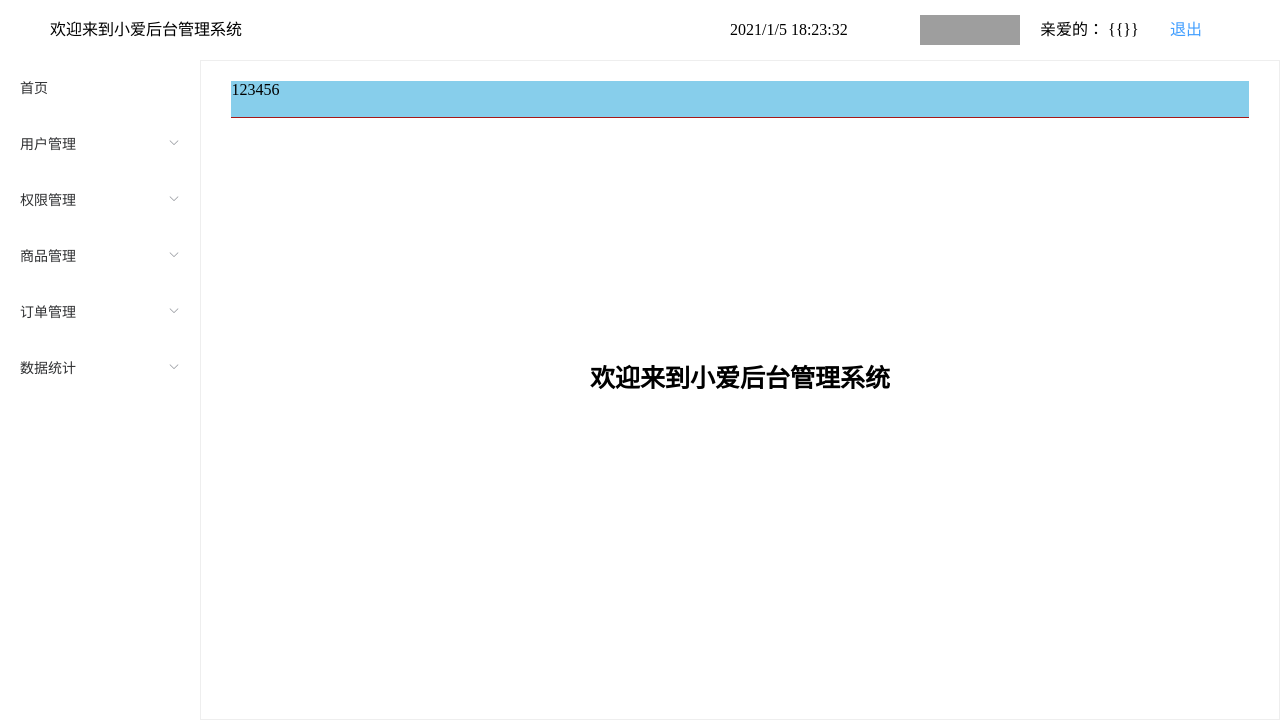
Repository: heyegang/vuex
Page: /
These files come from the project's save history. The page is drawn as it stood at one moment and after the next save; the edit follows.
The browser window is 1280 px wide. The pictures show the whole page.
Pictures or frames that could not be fetched are drawn as grey boxes. The project was rebuilt for these pictures with package versions that can differ from the ones it lists, and the page was loaded fresh each time. Also part of the build but not shown: vue.config.js.

Above is the page before, as saved 2021-01-06 15:54:09.

### src/main.js
import Vue from "vue";
import App from "./App.vue";
import router from "./router";
import store from "./store";
import ElementUI from "element-ui";
import "element-ui/lib/theme-chalk/index.css"

Vue.use(ElementUI)
Vue.config.productionTip = false;

new Vue({
  router,
  store,
  render: h => h(App)
}).$mount("#app");

### src/App.vue
<template>
  <div id="app">
    <router-view />
  </div>
</template>

<style lang="scss">
*{
  margin: 0;
  padding: 0;
}
html,body,#app{
  height: 100%;
}
</style>

### src/router/index.js
import Vue from "vue";
import VueRouter from "vue-router";
import Home from "../views/Home.vue";
import Layout from "../views/layout/Layout.vue";

Vue.use(VueRouter);

const routes = [{
   path:"",
  component:Layout,
  children:[{
    path: "/",
    name: "Home",
    component: Home
  },

  ]},
  {
    path: "/login",
    name: "login",
    component: () => import('../views/login/Login.vue')
  },
];

const router = new VueRouter({
  mode: "history",
  base: process.env.BASE_URL,
  routes
});

export default router;

### src/store/index.js
import Vue from "vue";
import Vuex from "vuex";
import user from "./user"

Vue.use(Vuex);

export default new Vuex.Store({
  state: {
    // 存放数据
  },
  mutations: {
    // 同步修改state
  },
  actions: {},
  modules: {
    // 代表模块
    user
  }
});

### src/views/Home.vue
<template>
  <div class="home">
    <div class="hello">
      欢迎来到小爱后台管理系统
    </div>
  </div>
</template>

<script>
export default {
  name: "",
  props: {},
  data() {
    return {};
  },
  components: {},
  methods: {},
  mounted() {},
  computed: {},
  watch: {}
};
</script>

<style lang='scss' scoped>
.hello {
  width: 300px;
  font-size: 25px;
  font-weight: bold;
  margin: 0 auto;
  position: relative;
  top: 240px;
}
</style>

### src/views/layout/Layout.vue
<template>
  <div>
    <el-container>
      <el-header>
        <nav-header></nav-header>
      </el-header>
      <el-container>
        <el-aside width="200px">
          <nav-sidebar></nav-sidebar>
        </el-aside>
        <el-main>
          <nav-label></nav-label>
          <router-view></router-view>
        </el-main>
      </el-container>
    </el-container>
  </div>
</template>

<script>
import NavHeader from "../../components/navheader/NavHeader";
import NavSidebar from "../../components/navsidebar/NavSidebar";
import NavLabel from "../../components/navlabel/NavLabel"
export default {
  name: "",
  props: {},
  data() {
    return {};
  },
  components: {
    NavHeader,
    NavSidebar,
    NavLabel,
  },
  methods: {},
  mounted() {},
  computed: {},
  watch: {}
};
</script>

<style lang='scss' scoped>
.el-header,
.el-footer {
  line-height: 60px;
}

.el-aside {
  position: fixed;
  top: 60px;
  bottom: 0;
  background-color: gray;
}

.el-main {
  position: fixed;
  bottom: 0;
  right: 0;
  top: 60px;
  left: 200px;
  border: 1px solid #eeeeee;
}

body > .el-container {
  margin-bottom: 40px;
}

.el-container:nth-child(5) .el-aside,
.el-container:nth-child(6) .el-aside {
  line-height: 260px;
}

.el-container:nth-child(7) .el-aside {
  line-height: 320px;
}
</style>

### src/store/user.js
import { Message } from "element-ui";
import api from '../http/api';
import router from '../router'

export default {
    namespaced:true,
    // 开启命名空间

    state: {
        // 存放数据
        users:[]
      },
      mutations: {
        // 同步修改state
        setUsers(state,data){
            state.user = data
        }
      },
      actions: {
        //   发请求
        // 所有的方法
        // 登录 每一个action的方法都有两个参数 第一个是store 第二个是请求的参数
        // store可以解构为commit dispatch(提交另外一个action)
        async login(_,params){
            let res = await api.login(params)
            if(res.meta.status === 200){
                // 请求成功 存用户 跳转路由 提示用户
                localStorage.setItem('user', JSON.stringify(res.data))
                localStorage.setItem('token', res.data.token)
                Message.success('登录成功')
                router.push('/')
            } else {
                Message.error(res.meta.msg)
            }
        },
        async getUsers({commit},params){
            let res = await api.getUsers(params)
            if(res.meta.status === 200) {
                commit('setUsers',res.data)
            }else {
                Message.error(res.meta.msg)
            }
        }
      },
}

### src/components/navheader/NavHeader.vue
<template>
  <div class="top">
      <div style="margin-left:30px;">
          欢迎来到小爱后台管理系统
      </div>
      <div class="box">
          {{times}}
      </div>
      <div class="weather">
          <div class="weather"><iframe scrolling="no" src="https://tianqiapi.com/api.php?style=yd&skin=pitaya" frameborder="0" width="100%" height="30" allowtransparency="true"></iframe></div>
    <!--获取天气-->
      </div>
      <div class="hello">
          亲爱的： {{}}
      </div>
      <div class="esc">
          退出
      </div>
  </div>
</template>

<script>
export default {
  name: '',
  props:{},
  data () {
    return {
      times:'',//格式化之后的当前时间
      currentTime: new Date() //当前时间
    }
  },
  components: {},
  methods: {
    getTimes(){
      setInterval(this.getTimesInterval, 1000);
    },
    getTimesInterval:function() {
      let _this = this;
      let year = new Date().getFullYear(); //获取当前时间的年份
      let month = new Date().getMonth() + 1; //获取当前时间的月份
      let day = new Date().getDate(); //获取当前时间的天数
      let hours = new Date().getHours(); //获取当前时间的小时
      let minutes = new Date().getMinutes(); //获取当前时间的分数
      let seconds = new Date().getSeconds(); //获取当前时间的秒数
      let hello = "";
      //当小于 10 的是时候，在前面加 0
      if (hours < 10) {
        hours = "0" + hours;
      }
      if (minutes < 10) {
        minutes = "0" + minutes;
      }
      if (seconds < 10) {
        seconds = "0" + seconds;
      }
      //一天中的时间
      if (hours > 6 && hours <13){
          hello = "上午";
      }
      if (hours > 13 && hours <18){
          hello = "下午";
      }
      if (hours > 18 && hours <24){
          hello = "晚上";
      }
      if (hours >0 && hours < 6){
          hello = "凌晨";
      }
      //拼接格式化当前时间
      _this.times = year + "/" + month + "/" + day + " " +hello+ hours + ":" + minutes + ":" + seconds;
    },
  },
  mounted() {
    this.getTimes()
  },
  computed: {},
  watch: {},
}
</script>

<style lang='scss' scoped>
.top{
    display: flex;
    position: relative;
    line-height: 60px;
}
.box{
    width: 180px;
    position: absolute;
    right: 350px;
    color: black;
}
.weather{
    width: 100px;
    position: absolute;
    right: 120px;
    top: 5px;
}
.hello{
    width: 100px;
    position: absolute;
    right: 120px;
}
.esc{
    width: 60px;
    position: absolute;
    right: 30px;
    color: #409EFF;
}
</style>

### src/components/navsidebar/NavSidebar.vue
<template>
  <div>
   <el-row class="tac" style="width: 200px;">
  <el-col :span="12">
    <el-menu
      default-active="2"
      class="el-menu-vertical-demo"
      @open="handleOpen"
      @close="handleClose">
      <el-menu-item index="1">

        <span slot="title">首页</span>
      </el-menu-item>
      <el-submenu index="2">
        <template slot="title">

          <span>用户管理</span>
        </template>
        <el-menu-item-group>
          <el-menu-item index="2-1">用户列表</el-menu-item>
        </el-menu-item-group>
      </el-submenu>

      <el-submenu index="3">
        <template slot="title">

          <span>权限管理</span>
        </template>
        <el-menu-item-group>
          <el-menu-item index="3-1">角色列表</el-menu-item>
          <el-menu-item index="3-2">权限列表</el-menu-item>
        </el-menu-item-group>
      </el-submenu>

      <el-submenu index="4">
        <template slot="title">

          <span>商品管理</span>
        </template>
        <el-menu-item-group>
          <el-menu-item index="4-1">商品列表</el-menu-item>
          <el-menu-item index="4-2">分类参数</el-menu-item>
          <el-menu-item index="4-3">商品分类</el-menu-item>
        </el-menu-item-group>
      </el-submenu>

      <el-submenu index="5">
        <template slot="title">

          <span>订单管理</span>
        </template>
        <el-menu-item-group>
          <el-menu-item index="5-1">订单列表</el-menu-item>
        </el-menu-item-group>
      </el-submenu>

      <el-submenu index="6">
        <template slot="title">

          <span>数据统计</span>
        </template>
        <el-menu-item-group>
          <el-menu-item index="6-1">数据报表</el-menu-item>
        </el-menu-item-group>
      </el-submenu>
    </el-menu>
  </el-col>
  </el-row>
  </div>
</template>

<script>
export default {
  name: '',
  props:{},
  data () {
    return {

    }
  },
  components: {},
  methods: {
       handleOpen(key, keyPath) {
        console.log(key, keyPath);
      },
      handleClose(key, keyPath) {
        console.log(key, keyPath);
      }
  },
  mounted() {},
  computed: {},
  watch: {}
}
</script>

<style lang='scss' scoped>
// .tac{
//     width: 200px;
// }
.el-menu-vertical-demo{
    width: 200px;
    position: fixed;
    left: 0;
    bottom: 0;
    top: 60px;

}
</style>

### src/components/navlabel/NavLabel.vue
<template>
  <div class="LabelBox">
    123456
  </div>
</template>

<script>
export default {
  name: '',
  props:{},
  data () {
    return {
    }
  },
  components: {},
  methods: {},
  mounted() {},
  computed: {},
  watch: {}
}
</script>

<style lang='scss' scoped>
.LabelBox{
  width: 98%;
  height: 36px;
  border-bottom: 1px solid rgb(167, 24, 24);
  margin-left: 1%;
  background-color: skyblue;

}
</style>

### src/http/api.js
import http from './index'

export default{
     login({username,password}){
        return http.post('/login',{
            username,
            password
        })
     },
     getUsers({pagenum,pagesize,query}){
         if(query){
             return http.get(`/users?pagenum=${pagenum}&pagesize=${pagesize}&query=${query}`)
         } else {
             return http.get(`/users?pagenum=${pagenum}&pagesize=${pagesize}`)
         }

     },
}

### src/http/index.js
import axios from 'axios'
import nprogress from 'nprogress'
import 'nprogress/nprogress.css'
import {Message} from 'element-ui'

// 需要区分当前环境是开发环境(development)还是生产环境(production)
let isPro = process.env.NODE_ENV === 'productin'

const http = axios.create({
    baseURL: isPro ? '线上接口路径':'/api',
    timeout:10000
})

// 请求拦截
http.interceptors.request.use(config =>{
    nprogress.start()
    // 配置token token是鉴权的一种方式
    // 在登陆成功后 会返回当前用户的token 存在本地
    // 可用（百度：js加密插件）加密插件加密token
    let token = localStorage.getItem('token')
    // 账号密码和token分开存
    if(token){
        config.headers.Authorization = token
    }
    return config
},err =>{
    nprogress.done()
    return Promise.reject(err)
})

// 响应拦截
http.interceptors.response.use(res => {
    nprogress.done()
    return res.data
},err => {

    // 请求失败
    let status = err.response && err.response.status
    // 状态码
    if (status === 400) {
        Message.error('参数错误')
    }
    if (status === 401) {
        Message.error('没有权限')
    }
    if (status === 403) {
        Message.error('登录过期')
    }
    if (status === 404) {
        Message.error('路径错误')
    }
    if (status === 500) {
        Message.error('服务器错误')
    }
    if (status === 403) {
        Message.error('服务器在维护')
    }
    return Promise.reject(err)
})


export default http

Loaded but not shown: public/index.html (common file)

After the next save:
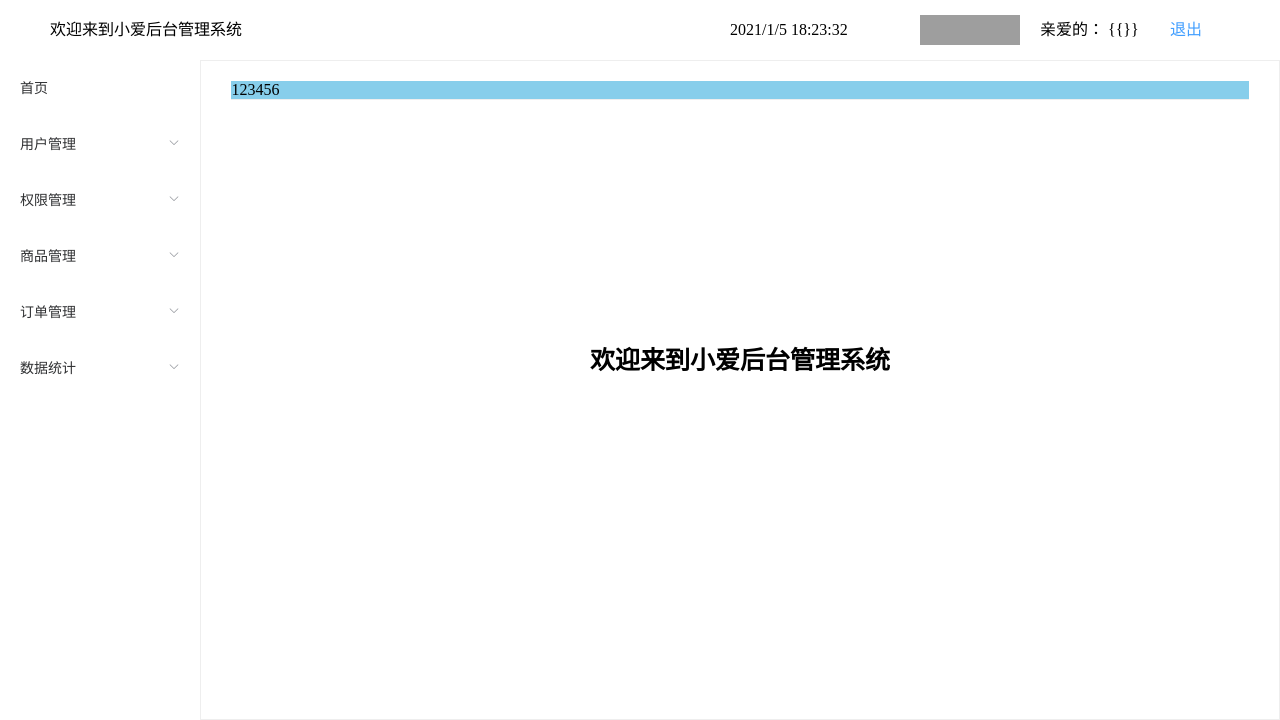
Saved 23 s later.
--- a/src/components/navlabel/NavLabel.vue
+++ b/src/components/navlabel/NavLabel.vue
@@ -23,8 +23,7 @@ export default {
 <style lang='scss' scoped>
 .LabelBox{
   width: 98%;
-  height: 36px;
-  border-bottom: 1px solid rgb(167, 24, 24);
+  border-bottom: 1px solid #eee;
   margin-left: 1%;
   background-color: skyblue;
 
